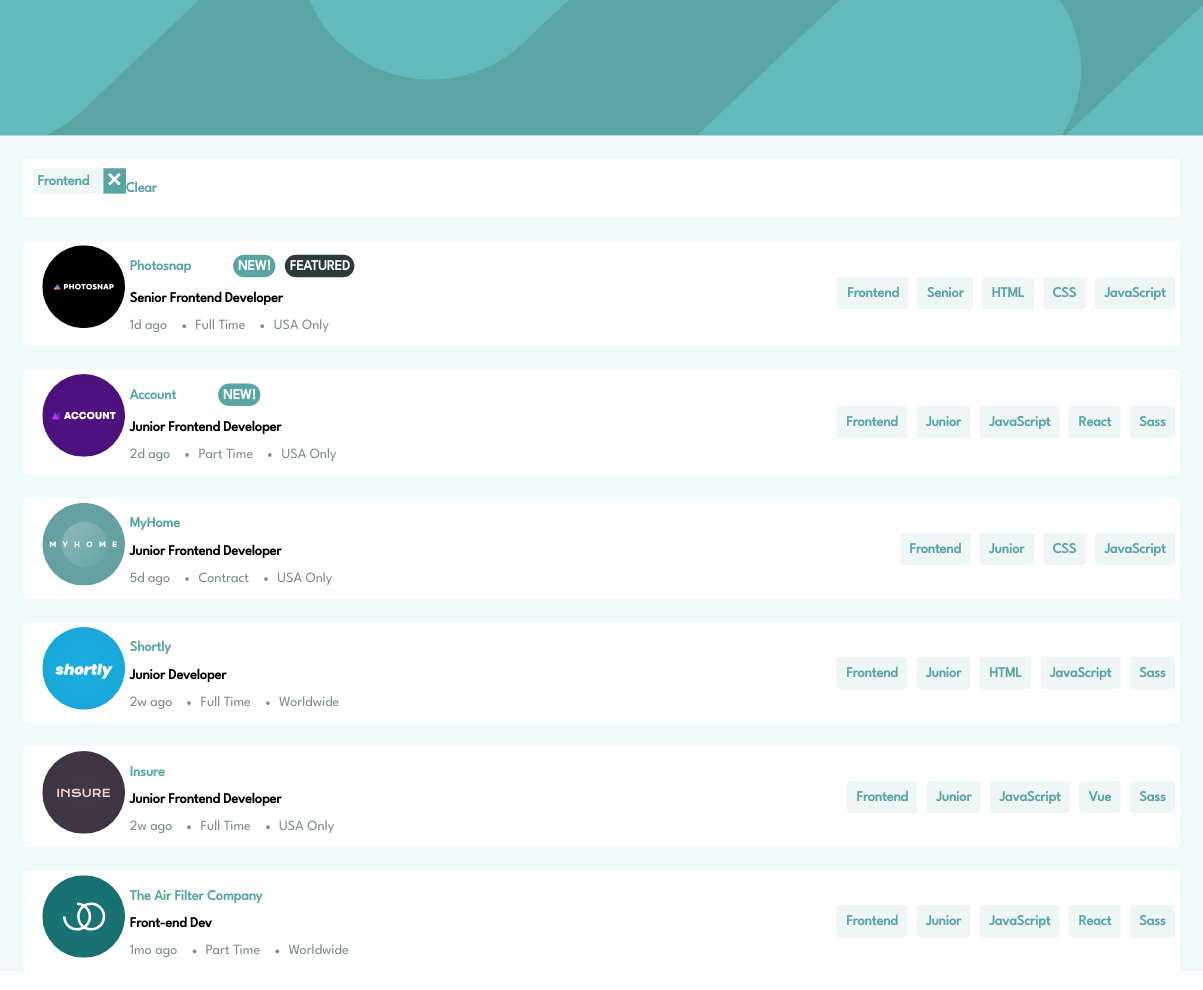
Repository: DevLaukey/job-listing
Page: /, after clicking the first element matching `div.category`
These files come from the project's save history. The page is drawn as it stood at one moment and after the next save; the edit follows.
The browser window is 1280 px wide. The pictures show the whole page, at 94% of full size.
Some web fonts or font styles are not loaded; a fallback is used. The project was rebuilt for these pictures with package versions that can differ from the ones it lists, and the page was loaded fresh each time.

Above is the page before, as saved 2022-06-06 00:47:23.

After the next save:
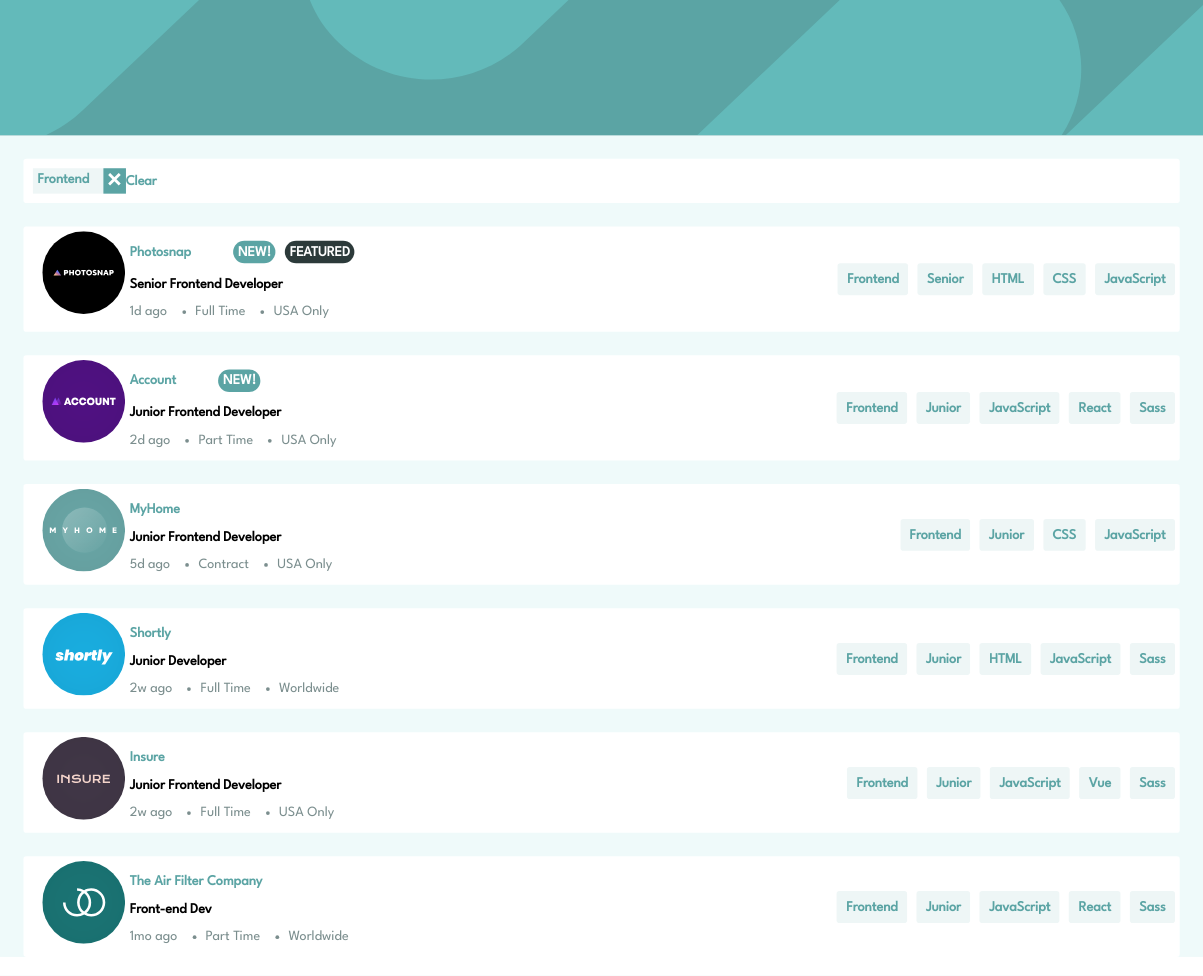
Saved 15 s later.
--- a/src/components/styles.css
+++ b/src/components/styles.css
@@ -96,9 +96,9 @@
   color: hsl(180, 29%, 50%);
   display: flex;
   /* flex-wrap: wrap; */
-  align-items: center;
+  /* align-items: center;
   justify-content:center;
-  margin-bottom: 15px;
+  margin-bottom: 15px; */
 }
 .front-end {
   padding: 5px;
